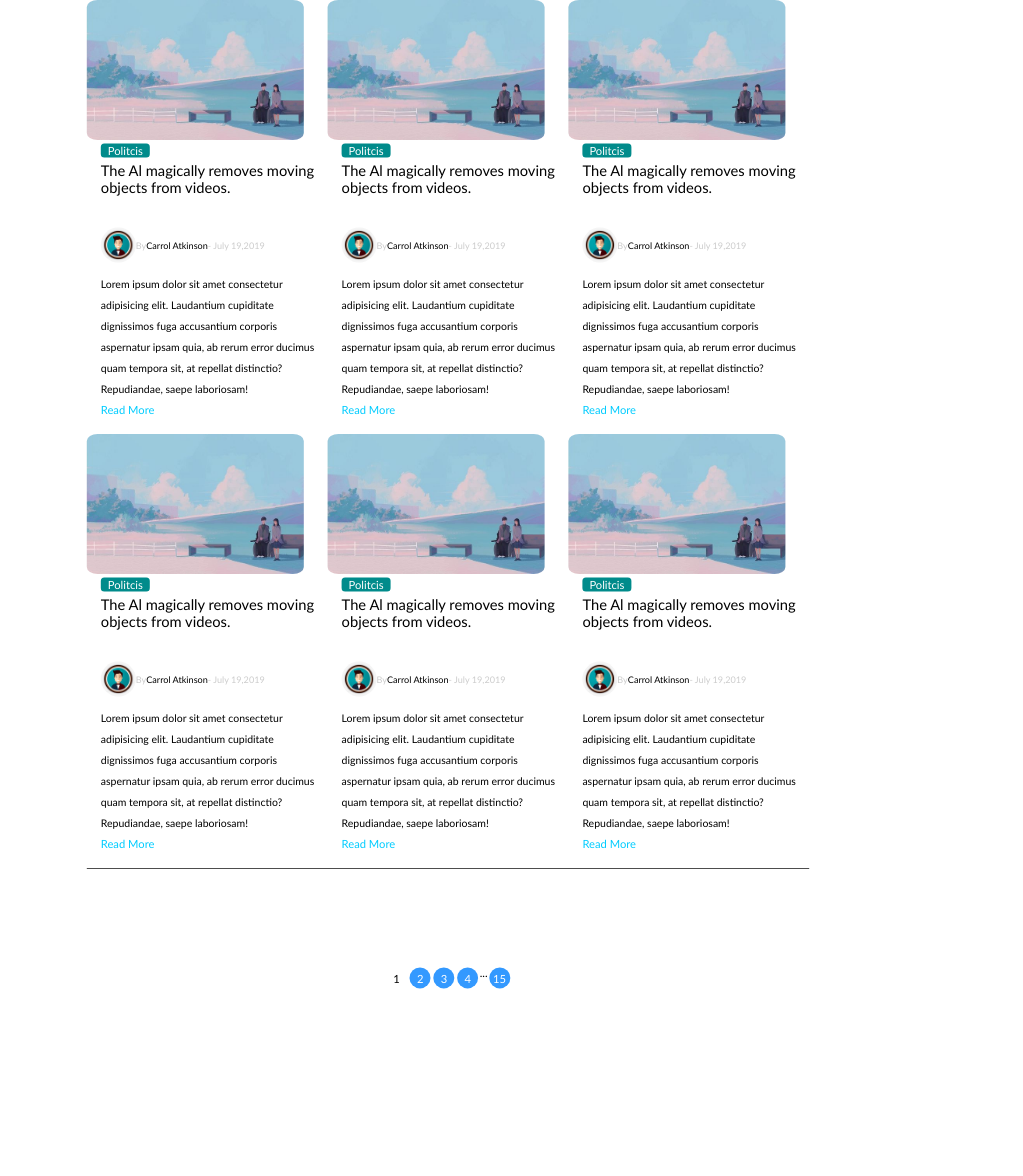
Repository: giacatdat2k5/html3
Page: html3.vs/7.1.html
The author's editor kept a copy of each file at every save. The page is drawn from the files as they stood at one save, then again after the next save.
The browser window is 1280 px wide. The page is 1462 px wide, so the pictures cover 1462 px, including what lies to the right of the window. The pictures show the part of the page from y = 1290 to 2970 px (the page is 2970 px tall before and 2870 px after), at 70% of full size.

Above is the page before, as saved 2023-09-27 16:03:09.

After the next save:
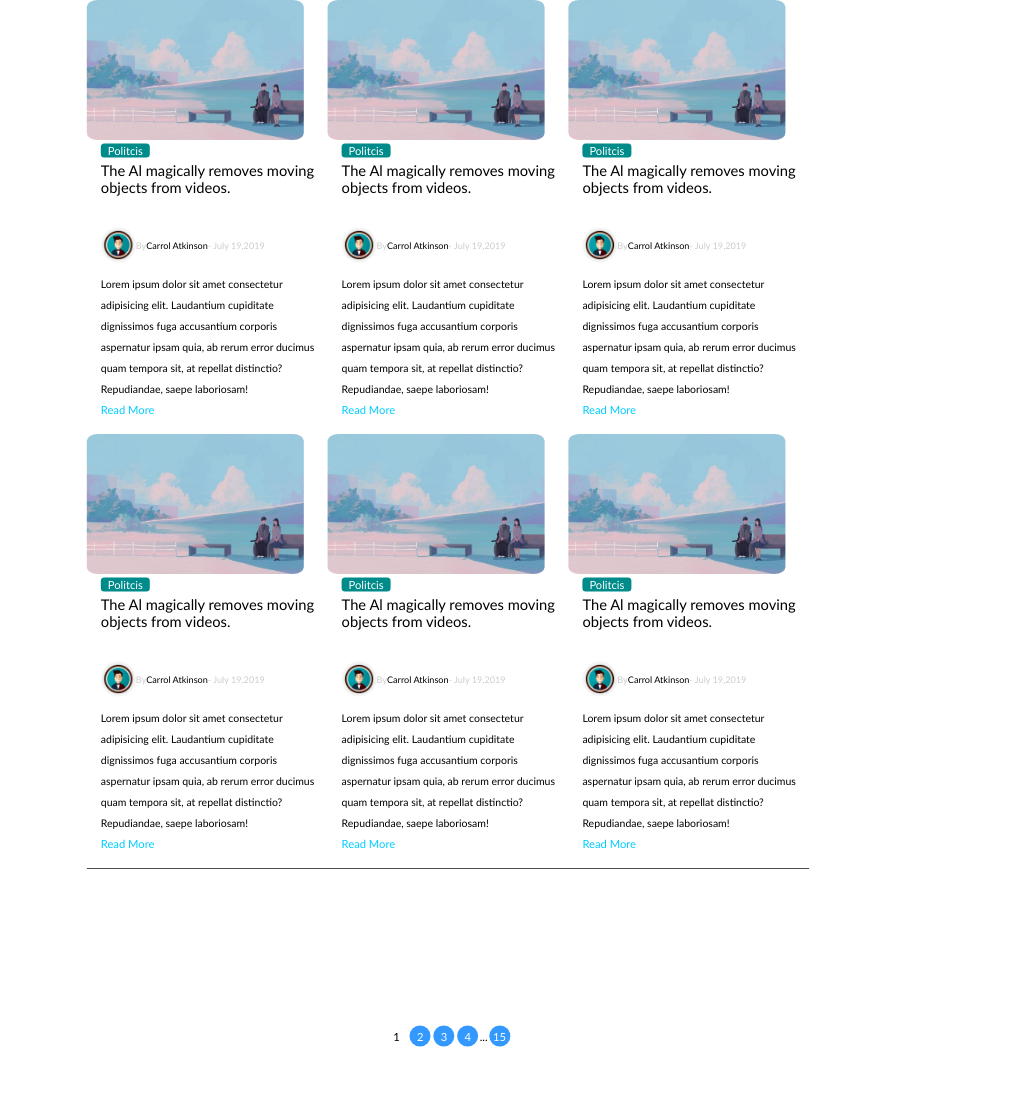
Saved 7 s later.
--- a/html3.vs/7.1.css
+++ b/html3.vs/7.1.css
@@ -237,8 +237,7 @@
     height: 200px;
     display: flex;
     justify-content: center;
-    align-items: ;
-    padding-bottom: 100px;
+    align-items:center ;
 }
 .kofull{
     color:black;
